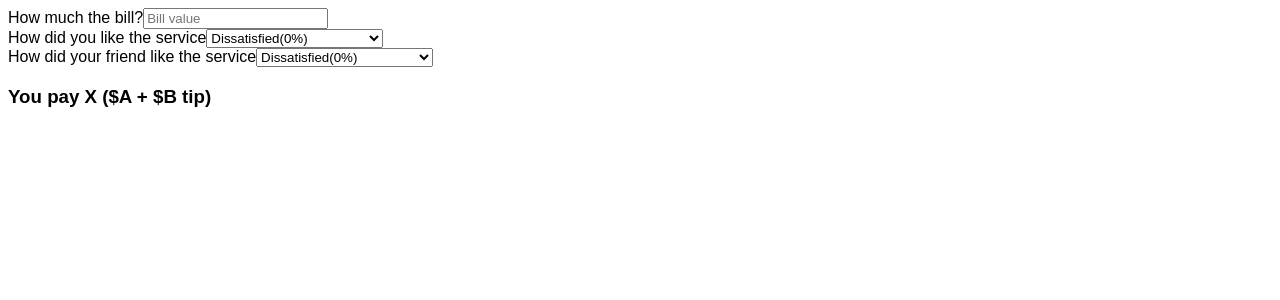
Repository: masamichan/Tip-Calculator
Page: /
The author's editor kept a copy of each file at every save. The page is drawn from the files as they stood at one save, then again after the next save.
The browser window is 1280 px wide. The pictures show the whole page.
The project was rebuilt for these pictures with package versions that can differ from the ones it lists, and the page was loaded fresh each time.

Above is the page before, as saved 2024-01-25 10:15:19.

After the next save:
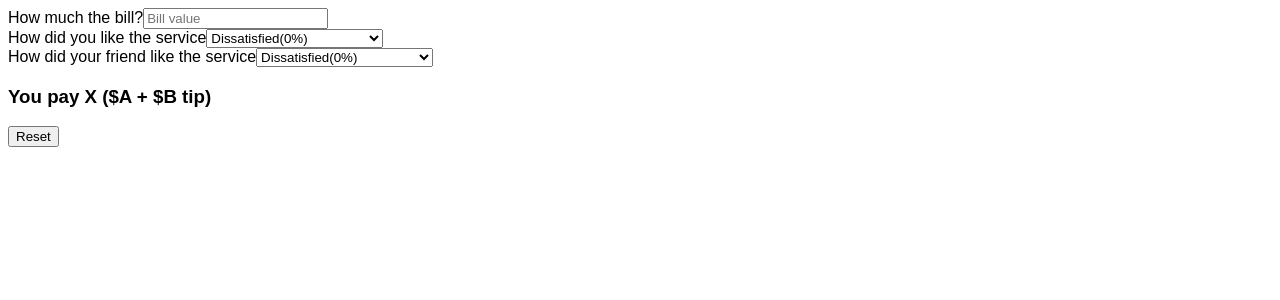
Saved 46 s later.
--- a/src/App.js
+++ b/src/App.js
@@ -48,5 +48,5 @@ function Output() {
 }
 
 function Reset() {
-  <button>Reset</button>;
+  return <button>Reset</button>;
 }
